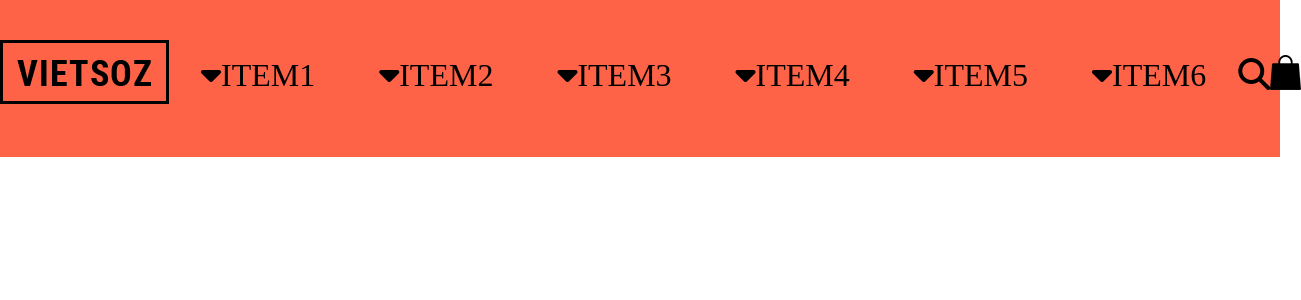
Repository: Kienroro2003/Kienroro-Miscellaneous
Page: UNITOP/front-end/project/vietsoz/header.html
These files come from the project's save history. The page is drawn as it stood at one moment and after the next save; the edit follows.
The browser window is 1280 px wide. The page is 1301 px wide, then 1280 px, so the pictures cover 1301 px, including what lies to the right of the window. The pictures show the whole page.
The style sheet was rebuilt from its Sass, Less or Tailwind sources for each picture, by a compiler version that may differ from the author's.

Above is the page before, as saved 2022-10-04 14:15:39.

### UNITOP/front-end/project/vietsoz/header.html
<!DOCTYPE html>
<html lang="en">
  <head>
    <meta charset="UTF-8" />
    <meta http-equiv="X-UA-Compatible" content="IE=edge" />
    <meta name="viewport" content="width=device-width, initial-scale=1.0" />
    <link rel="stylesheet" href="./assets/css/reset.css" />
    <link rel="stylesheet" href="./assets/css/global.css" />
    <link rel="stylesheet" href="./assets/css/header.css" />
    <link rel="stylesheet" href="./assets/fontawesome/css/all.css">
    <title>Header</title>
  </head>
  <body>
    <div id="header"><div class="container">
      <div class="navbar">
        <a href="" class="navbar__link">
          <img src="./assets/images/logo.png" alt="" class="navbar__image">
        </a>
        <ul class="navbar__menu">
          <li class="navbar__item">item1</li>
          <li class="navbar__item">item2</li>
          <li class="navbar__item">item3</li>
          <li class="navbar__item">item4</li>
          <li class="navbar__item">item5</li>
          <li class="navbar__item">item6</li>
        </ul>
        <div class="navbar__search">
          <i class="fa fa-search"></i>
        </div>
        <div class="navbar__cart">
          <img src="./assets/images/bag.png" alt="">
        </div>
      </div>
    </div></div>
  </body>
</html>

### UNITOP/front-end/project/vietsoz/assets/scss/global.scss
@mixin flexbox(
  $align: flex-start,
  $justify: flex-start,
  $flex-direction: row,
  $wrap: nowrap
) {
  display: flex;
  align-items: $align;
  justify-content: $justify;
  flex-direction: $flex-direction;
  flex-wrap: $wrap;
}

@mixin size($width, $height: $width) {
  width: $width;
  height: $height;
}

@mixin maxWidth($value) {
  @media screen and (max-width: $value) {
    @content;
  }
}

### UNITOP/front-end/project/vietsoz/assets/scss/header.scss
@use "./global.scss" as g;

#header {
  padding: 2.5rem 0 3rem;
  background-color: tomato;
}

.navbar {
  @include g.flexbox(center);
  font-weight: normal;
  font-size: 2rem;
  // line-height: normal;
  &__menu {
    @include g.flexbox(center, space-between);
  }
  &__item {
    text-transform: uppercase;
    padding: 0 2rem;
    &::before {
      content: "";
      font-family: "Font Awesome 5 Free";
      font-weight: 900;
      content: "\f0d7";
    }
    // padding:
  }
}

Loaded but not shown: UNITOP/front-end/project/vietsoz/assets/css/reset.css (common file); UNITOP/front-end/project/vietsoz/assets/fontawesome/css/all.css (library)

After the next save:
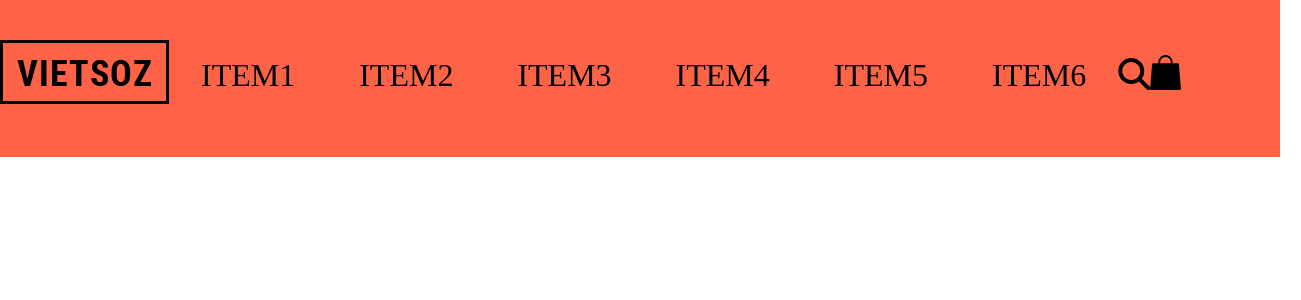
Saved 14 s later.
--- a/UNITOP/front-end/project/vietsoz/assets/scss/header.scss
+++ b/UNITOP/front-end/project/vietsoz/assets/scss/header.scss
@@ -16,12 +16,7 @@
   &__item {
     text-transform: uppercase;
     padding: 0 2rem;
-    &::before {
-      content: "";
-      font-family: "Font Awesome 5 Free";
-      font-weight: 900;
-      content: "\f0d7";
-    }
+
     // padding:
   }
 }
